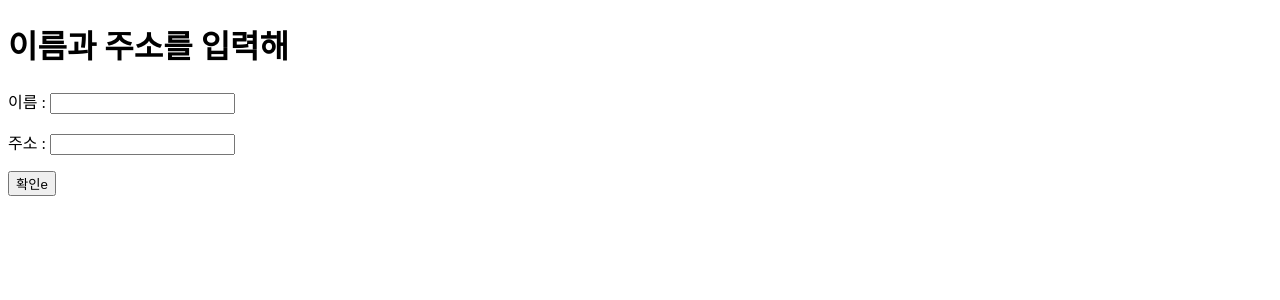
Repository: SongHyeSun/JSP
Page: jspSrc17/och03/src/main/webapp/name.html
An editor plug-in stored every save of this project. The page is shown before and after the next save, followed by the edit.
The browser window is 1280 px wide. The pictures show the whole page.

Above is the page before, as saved 2024-07-10 05:36:54.

After the next save:
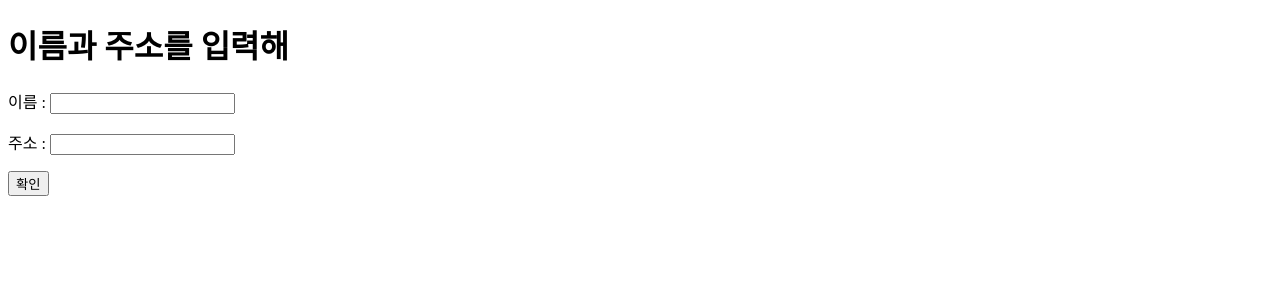
Saved 77 s later.
--- a/jspSrc17/och03/src/main/webapp/name.html
+++ b/jspSrc17/och03/src/main/webapp/name.html
@@ -3,13 +3,28 @@
 <head>
 <meta charset="UTF-8">
 <title>Insert title here</title>
+<script type="text/javascript">
+	function chk() {
+		if (!frm.name.value) {
+			alert("이름?")
+			frm.name.focus();
+			return false;
+		}
+		if (!frm.addr.value) {
+			alert("주소?")
+			frm.addr.focus();
+			return false;
+		}
+		return true;
+	}
+</script>
 </head>
 <body>
 	<h1>이름과 주소를 입력해</h1>
 	<form action="name.jsp" name="frm" onsubmit="return chk()" method="post">
 		이름 : <input type="text" name="name"><p>
 		주소 : <input type="text" name="addr"><p>
-		<input type="submit" value="확인e">
+		<input type="submit" value="확인">
 	</form>
 </body>
 </html>
